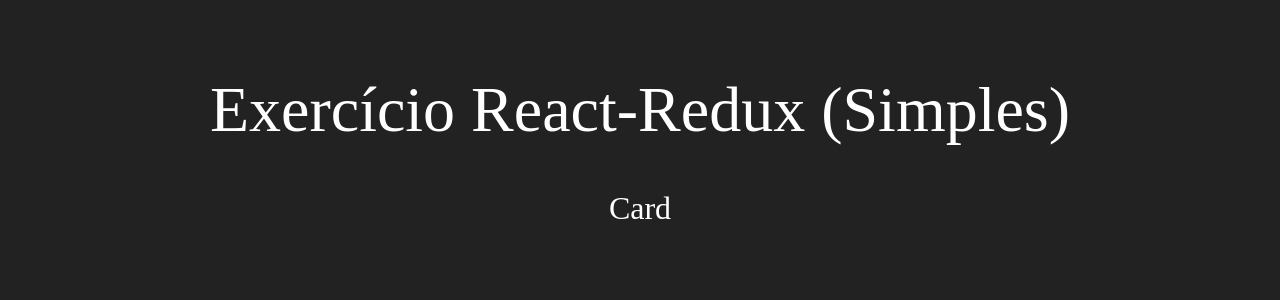
Repository: eversonps/redux-simples
Page: /
These files come from the project's save history. The page is drawn as it stood at one moment and after the next save; the edit follows.
The browser window is 1280 px wide. The pictures show the whole page.
The project was rebuilt for these pictures with package versions that can differ from the ones it lists, and the page was loaded fresh each time. Also part of the build but not shown: src/components/Card.css.

Above is the page before, as saved 2022-03-10 17:36:21.

### src/index.css
body{
  background-color: #222;
  font-size: 2rem;
  color: #fff;
  margin: 30px;
}

### src/App.js
import logo from './logo.svg';
import './App.css';
import Card from './components/Card';
function App() {
  return (
    <div className="App">
      <h1>Exercício React-Redux (Simples)</h1>
      <div className='linha'>
        <Card></Card>
      </div>
    </div>
  );
}

export default App;

### src/App.css
.App{
  display: flex;
  flex-direction: column;
  align-items: center;
}

h1{
  font-weight: 200;
}

.linha{
  display: flex;
}

### src/components/Card.jsx
import "./Card.css"
import React from "react"

export default props => (
    <div>Card</div>
)

Loaded but not shown: public/index.html (common file); src/index.js (common file); src/reportWebVitals.js (common file)

After the next save:
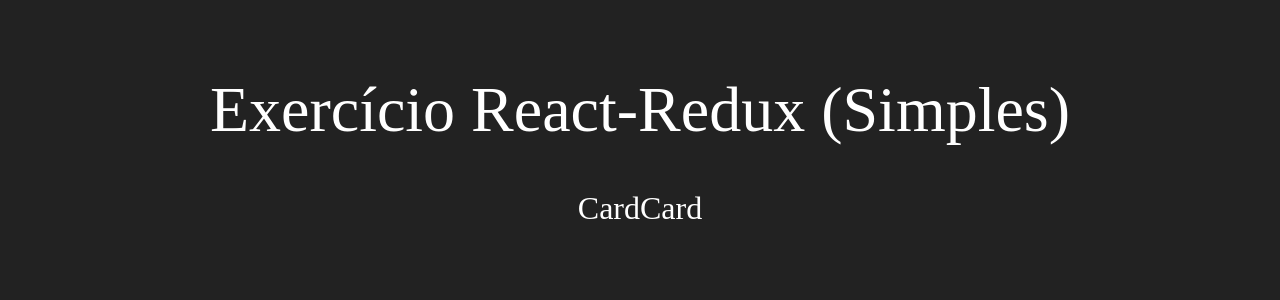
Saved 19 s later.
--- a/src/App.js
+++ b/src/App.js
@@ -7,6 +7,7 @@ function App() {
       <h1>Exercício React-Redux (Simples)</h1>
       <div className='linha'>
         <Card></Card>
+        <Card></Card>
       </div>
     </div>
   );
